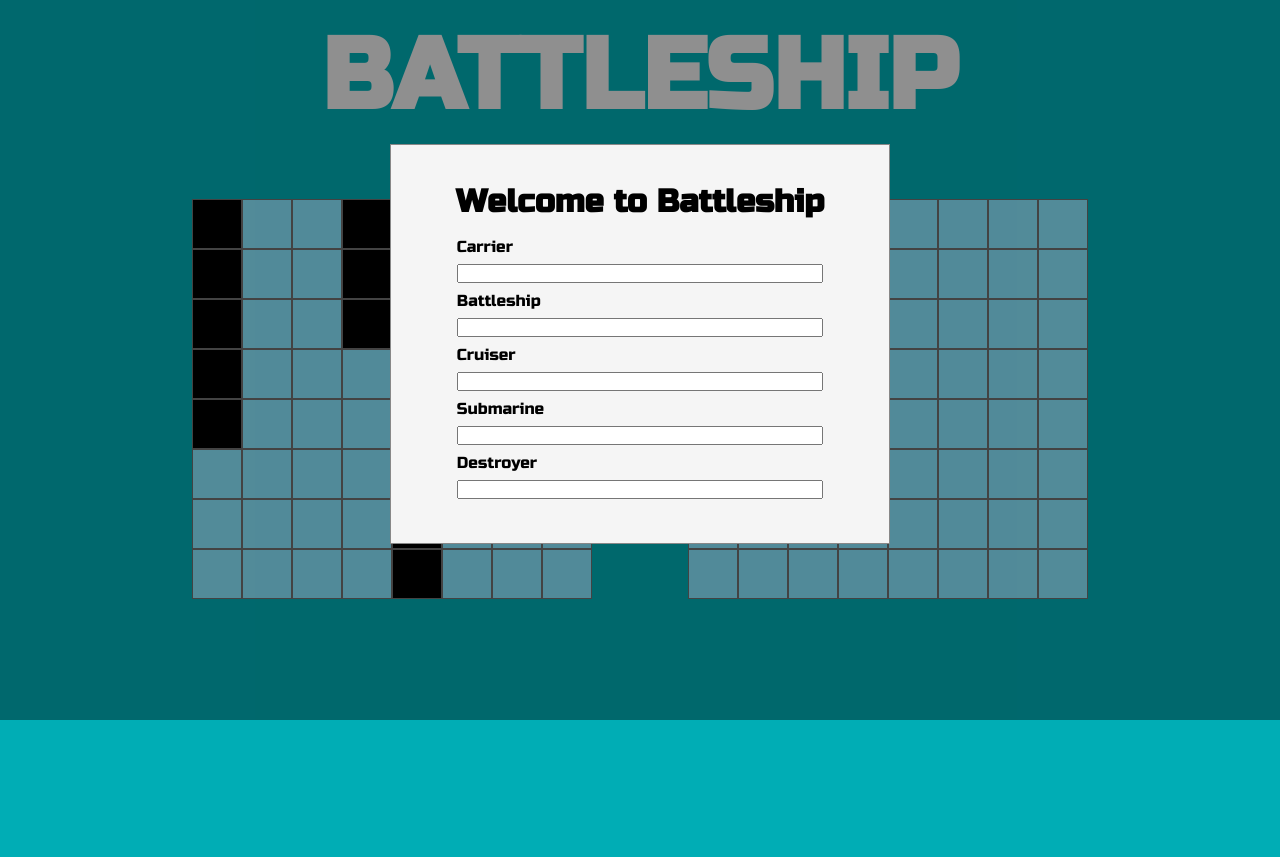
Repository: AzharMoosa/battleship
Page: /
These files come from the project's save history. The page is drawn as it stood at one moment and after a run of saves; the edit follows.
The browser window is 1280 px wide. The pictures show the whole page.
The project was rebuilt for these pictures with package versions that can differ from the ones it lists, and the page was loaded fresh each time.

Above is the page before, as saved 2020-07-09 10:10:04.

### src/App.js
import React from "react";
import Header from "./components/Header";
import Board from "./components/Board";
import { PlayersProvider } from "./context/PlayersContext";
import "./App.css";

function App() {
  return (
    <PlayersProvider>
      <div>
        <Header />
        <Board />
      </div>
    </PlayersProvider>
  );
}

export default App;

### src/components/Header.js
import React from "react";

const Header = () => {
  return (
    <div className='header'>
      <h1>Battleship</h1>
    </div>
  );
};

export default Header;

### src/components/Board.js
import React, { useState, Fragment } from "react";
import Square from "./Square";
import PlainSquare from "./PlainSquare";
import Player from "../functions/Player";
import Gameboard from "../functions/Gameboard";
import Overlay from "./Overlay";
import HitMiss from "./HitMiss";
import PlaceShip from "./PlaceShip";
import { v4 as uuidv4 } from "uuid";

const Board = () => {
  // eslint-disable-next-line
  const [player, setPlayer] = useState(Player(false));
  // eslint-disable-next-line
  const [computer, setComputer] = useState(Player(true));
  const [playerBoard, setPlayerBoard] = useState(Gameboard());
  const [computerBoard, setComputerBoard] = useState(Gameboard());
  const [playerTurn, setPlayerTurn] = useState(true);

  const getOutcome = (hit) => {
    let outcome = document.querySelector(".hit-miss-outcome");
    if (hit === true) {
      outcome.innerHTML = "Hit!";
    } else {
      outcome.innerHTML = "Miss!";
    }
  };

  const startGame = () => {
    playerBoard.placeShip(0, 0, player.ships[0], 1);
    playerBoard.placeShip(4, 4, player.ships[1], 1);
    playerBoard.placeShip(3, 0, player.ships[2], 1);
    playerBoard.placeShip(5, 0, player.ships[3], 1);
    playerBoard.placeShip(7, 0, player.ships[4], 1);

    computerBoard.placeShip(0, 0, computer.ships[0], 0);
    computerBoard.placeShip(4, 2, computer.ships[1], 0);
    computerBoard.placeShip(0, 3, computer.ships[2], 0);
    computerBoard.placeShip(3, 5, computer.ships[3], 0);
    computerBoard.placeShip(0, 7, computer.ships[4], 0);
  };

  const getBoardElm = (elm) => {
    if (elm !== "") {
      return "square ship";
    } else {
      return "square";
    }
  };

  const displayModal = (name) => {
    let modal = document.querySelector(".modal");
    let title = document.querySelector(".winner-name");
    let overlay = document.querySelector(".overlay");
    modal.style.display = "block";
    overlay.style.display = "none";
    if (name === "Computer") {
      title.innerHTML = "Computer Wins";
    } else if (name === "Player") {
      title.innerHTML = "Player Wins";
    }
  };

  const resetGame = () => {
    setPlayer(Player(false));
    setComputer(Player(true));
    setPlayerBoard(Gameboard());
    setComputerBoard(Gameboard());
    setPlayerTurn(true);
    let modal = document.querySelector(".modal");
    let overlay = document.querySelector(".overlay");
    let outcome = document.querySelector(".hit-miss-outcome");
    modal.style.display = "none";
    overlay.style.display = "grid";
    outcome.innerHTML = "";
  };

  const gameOver = () => {
    if (playerBoard.allShipSunk(player.ships)) {
      displayModal("Computer");
    } else if (computerBoard.allShipSunk(computer.ships)) {
      displayModal("Player");
    }
  };

  const attackComputer = (e) => {
    if (playerTurn === true) {
      let updatedBoard = computerBoard;
      // Get Coord
      let coords = e.target.id.split(",");
      let x = coords[1];
      let y = coords[0];
      player.attackEnemy(updatedBoard, parseInt(x), parseInt(y));
      if (computerBoard.grid[x][y] === "") {
        e.target.classList.add("ship-miss");
        getOutcome(false);
      } else {
        e.target.classList.add("ship-hit");
        getOutcome(true);
      }
      setComputerBoard(updatedBoard);
      setPlayerTurn(false);
    }
    computerTurn();
  };

  const computerTurn = () => {
    if (playerTurn === true) {
      let updatedBoard = playerBoard;
      let randomCoords = computer.getRandomCoords();
      let square = document.getElementById(randomCoords);
      let coords = randomCoords.split(",");
      let x = coords[1];
      let y = coords[0];
      computer.computerAttack(updatedBoard, x, y);
      if (playerBoard.grid[x][y] === "") {
        square.classList.add("ship-miss");
      } else {
        square.classList.add("ship-hit");
      }
      gameOver();
      setPlayerBoard(updatedBoard);
      setPlayerTurn(true);
    }
  };

  return (
    <Fragment>
      <PlaceShip />
      <div className='container'>
        <HitMiss />
        <div className='game-boards'>
          {startGame()}
          <div className='game-board'>
            {playerBoard.grid.map((col, j) =>
              col.map((elm, i) => (
                <Square
                  key={uuidv4()}
                  elm={elm}
                  getBoardElm={getBoardElm}
                  id={`${i},${j}`}
                />
              ))
            )}
          </div>

          <div className='comp'>
            <div className='game-board comp-board'>
              {computerBoard.grid.map((col, j) =>
                col.map((elm, i) => (
                  <Square
                    key={uuidv4()}
                    elm={elm}
                    getBoardElm={getBoardElm}
                    attackComputer={attackComputer}
                    id={`${i},${j}`}
                  />
                ))
              )}
            </div>
            <div className='overlay game-board'>
              {computerBoard.grid.map((col, j) =>
                col.map((elm, i) => <PlainSquare key={uuidv4()} />)
              )}
            </div>
          </div>
        </div>
        <Overlay resetGame={resetGame} />
      </div>
    </Fragment>
  );
};

export default Board;

### src/context/PlayersContext.js
import React, { useState, createContext } from "react";
import Player from "../functions/Player";
import Gameboard from "../functions/Gameboard";

export const PlayersContext = createContext();

export const PlayersProvider = (props) => {
  const [players, usePlayers] = useState([
    // Player
    {
      player: Player(false),
      board: Gameboard(),
    },
    // Computer
    {
      player: Player(true),
      board: Gameboard(),
    },
  ]);

  return (
    <PlayersContext.Provider value={[players, usePlayers]}>
      {props.children}
    </PlayersContext.Provider>
  );
};

### src/App.css
@import url("https://fonts.googleapis.com/css2?family=Russo+One&display=swap");

:root {
  --bg-primary: #00adb5;
  --bg-light: #eeeeee;
  --bg-dark: #222831;
}

* {
  margin: 0;
  padding: 0;
  box-sizing: border-box;
}

body {
  font-family: "Russo One", sans-serif;
  background-color: var(--bg-primary);
}

.header {
  text-align: center;
}

.header h1 {
  color: var(--bg-light);
  font-size: 100px;
  text-transform: uppercase;
  margin-top: 1rem;
}

.game-boards {
  display: flex;
  align-items: center;
  justify-content: space-between;
  width: 70%;
  height: 55vh;
  margin: 3rem auto;
}

.game-board {
  display: grid;
  grid-template-columns: repeat(8, 1fr);
  width: 400px;
  height: 400px;
}

.square {
  border: 1px solid #707070;
  background-color: rgb(136, 231, 255);
  width: 50px;
  height: 50px;
  pointer-events: auto !important;
  cursor: pointer;
}

.plain-square {
  border: 1px solid #707070;
  background-color: rgb(136, 231, 255);
  width: 50px;
  height: 50px;
  pointer-events: none !important;
  cursor: pointer;
}

.ship {
  background-color: #000;
}

.ship-hit {
  background-color: rgb(255, 77, 77) !important;
  pointer-events: none !important;
}

.ship-miss {
  background-color: #fff !important;
  pointer-events: none !important;
}

.comp {
  display: grid;
}

.comp-board,
.overlay {
  grid-area: 1 / 1;
}

.container {
  display: flex;
  flex-direction: column;
  height: 100vh;
}

.overlay {
  pointer-events: none;
}

.start {
  /* display: none; */
  position: fixed;
  z-index: 1;
  left: 0;
  top: 0;
  width: 100%;
  height: 100%;
  background-color: rgb(0, 0, 0);
  background-color: rgba(0, 0, 0, 0.4);
}

.start-content {
  background-color: #f5f5f5;
  margin: 20vh auto;
  padding: 20px;
  border: 1px solid #888;
  width: 500px;
  height: 400px;
  display: flex;
  flex-direction: column;
  align-items: center;
  justify-content: center;
}

.coord-inputs {
  display: flex;
  flex-direction: column;
  width: 80%;
  margin-top: 1rem;
}

.coord-input {
  margin: 0.5rem 0;
}

.modal {
  display: none;
  position: fixed;
  z-index: 1;
  left: 0;
  top: 0;
  width: 100%;
  height: 100%;
  background-color: rgb(0, 0, 0);
  background-color: rgba(0, 0, 0, 0.4);
}

.modal-content-results {
  background-color: #f5f5f5;
  margin: 30vh auto;
  padding: 20px;
  border: 1px solid #888;
  width: 400px;
  height: 200px;
  display: flex;
  flex-direction: column;
  align-items: center;
  justify-content: center;
}

.winner-name {
  text-align: center;
  margin-bottom: 2rem;
  font-size: 40px;
}

.btn-primary {
  background-color: var(--bg-dark);
  color: #fff;
  width: 150px;
  height: 50px;
  font-size: 20px;
  border: none;
  outline: none;
  font-family: "Russo One", sans-serif;
  border-radius: 20px;
  cursor: pointer;
}

.hit-miss {
  display: flex;
  align-items: center;
  justify-content: center;
  margin-top: 1rem;
}

.hit-miss-outcome {
  color: #fff;
  font-size: 50px;
}

@media (min-width: 1700px) {
  .game-boards {
    height: 70vh;
    width: 80%;
  }

  .game-board {
    width: 650px;
    height: 650px;
  }

  .square,
  .plain-square {
    width: 81.25px;
    height: 81.25px;
  }
}

@media (max-width: 1200px) {
  .game-boards {
    height: 70vh;
    width: 80%;
    display: flex;
    flex-direction: column;
  }

  .game-board {
    width: 500px;
    height: 500px;
  }

  .comp {
    margin-top: 3rem;
  }

  .square,
  .plain-square {
    width: 62.5px;
    height: 62.5px;
  }
}

@media (max-width: 768px) {
  .header h1 {
    font-size: 60px;
  }

  .game-boards {
    width: 80%;
    display: flex;
    flex-direction: column;
  }

  .game-board {
    width: 400px;
    height: 400px;
  }

  .comp {
    margin-top: 3rem;
  }

  .square,
  .plain-square {
    width: 50px;
    height: 50px;
  }
}

@media (max-width: 414px) {
  .header h1 {
    font-size: 40px;
  }

  .game-boards {
    width: 70%;
    display: flex;
    flex-direction: column;
  }

  .game-board {
    width: 300px;
    height: 300px;
  }

  .comp {
    margin-top: 3rem;
  }

  .square,
  .plain-square {
    width: 37.5px;
    height: 37.5px;
  }

  .modal-content-results {
    width: 300px;
  }

  .winner-name {
    font-size: 35px;
  }

  .btn-primary {
    background-color: var(--bg-dark);
    color: #fff;
    width: 150px;
    height: 50px;
    font-size: 20px;
    border: none;
    outline: none;
    font-family: "Russo One", sans-serif;
    border-radius: 20px;
    cursor: pointer;
  }
}

@media (max-width: 375px) {
  .header h1 {
    font-size: 35px;
  }

  .game-boards {
    width: 70%;
    display: flex;
    flex-direction: column;
  }

  .game-board {
    width: 280px;
    height: 280px;
  }

  .comp {
    margin-top: 3rem;
  }

  .square,
  .plain-square {
    width: 35px;
    height: 35px;
  }
}

@media (max-width: 320px) {
  .modal-content-results {
    width: 250px;
  }

  .winner-name {
    font-size: 30px;
  }
}

### src/components/Square.js
import React from "react";

const Square = ({ elm, attackComputer, getBoardElm, id }) => {
  return (
    <div className={getBoardElm(elm)} id={id} onClick={attackComputer}></div>
  );
};

export default Square;

### src/components/PlainSquare.js
import React from "react";

const PlainSquare = () => {
  return <div className='plain-square'></div>;
};

export default PlainSquare;

### src/functions/Player.js
import Ship from "./Ship";

const Player = (ai) => {
  let previousShots = [];

  // Create Ships
  let carrier = Ship("Carrier", 5);
  let battleship = Ship("Battleship", 4);
  let cruiser = Ship("Cruiser", 3);
  let submarine = Ship("Submarine", 3);
  let destroyer = Ship("Destroyer", 2);
  let ships = [carrier, battleship, cruiser, submarine, destroyer];

  const attackEnemy = (enemyBoard, x, y) => {
    if (!previousShots.includes([x, y])) {
      enemyBoard.receiveAttack(x, y);
      previousShots.push([parseInt(x), parseInt(y)]);
      return true;
    }
    return false;
  };

  const checkCoord = (x, y) => {
    previousShots.forEach((coords) => {
      if (
        parseInt(coords[1]) === parseInt(x) &&
        parseInt(coords[0]) === parseInt(y)
      ) {
        return true;
      }
    });
    return false;
  };

  const getRandomCoords = (gameboard) => {
    let maximum = 7;
    let minimum = 0;
    let x = 0;
    let y = 0;

    do {
      x = Math.floor(Math.random() * (maximum - minimum + 1)) + minimum;
      y = Math.floor(Math.random() * (maximum - minimum + 1)) + minimum;
    } while (checkCoord(x, y));
    return `${x},${y}`;
  };

  const computerAttack = (enemyBoard, x, y) => {
    enemyBoard.receiveAttack(x, y);
    previousShots.push([x, y]);
  };

  return { previousShots, ships, attackEnemy, computerAttack, getRandomCoords };
};

export default Player;

### src/functions/Gameboard.js
const Gameboard = () => {
  let previousShots = [];
  const grid = new Array(8).fill("");
  for (let i = 0; i < grid.length; i++) {
    grid[i] = new Array(8).fill("");
  }

  const getGrid = () => {
    return grid;
  };

  const getPreviousShots = () => {
    return previousShots;
  };

  const placeShip = (x, y, ship, orientation) => {
    // Horizontal Orientation = 0
    // Vertical Orientation = 1

    // Check If Ship Fits
    let shipLength = ship.length;

    if (orientation === 0) {
      for (let i = x; i < x + ship.length; i++) {
        if (grid[y][i] !== "" || x + shipLength > 8) {
          return false;
        }
        grid[y][i] = ship;
        ship.setShipCoords(y, i);
      }
    } else if (orientation === 1) {
      for (let i = y; i < y + ship.length; i++) {
        if (grid[i][x] !== "" || y + shipLength > 8) {
          return false;
        }
        grid[i][x] = ship;
        ship.setShipCoords(i, x);
      }
    }
    return true;
  };

  const flatten = (arr) => {
    return arr.join(" |-| ");
  };

  const receiveAttack = (x, y) => {
    // Check if ship is at position
    if (grid[x][y] !== "") {
      let ship = grid[x][y];
      let shipCoords = ship.getShipCoords();
      let arrSearch = shipCoords.map((row) => {
        return flatten(row);
      });
      let pos = arrSearch.indexOf(flatten([x, y]));
      if (!ship.isHit(pos)) {
        ship.hit(pos);
        return true;
      }
    }
    previousShots.push([x, y]);
    return false;
  };

  const allShipSunk = (ships) => {
    for (let i = 0; i < ships.length; i++) {
      if (!ships[i].isSunk()) {
        return false;
      }
    }

    return true;
  };

  return {
    grid,
    previousShots,
    getGrid,
    placeShip,
    receiveAttack,
    getPreviousShots,
    allShipSunk,
  };
};

export default Gameboard;

### src/components/Overlay.js
import React from "react";

const Overlay = ({ resetGame }) => {
  return (
    <div className='modal'>
      <div className='modal-content-results'>
        <h1 className='winner-name'>Player Wins</h1>
        <button className='btn-primary' onClick={resetGame}>
          Restart
        </button>
      </div>
    </div>
  );
};

export default Overlay;

### src/components/HitMiss.js
import React from "react";

const HitMiss = () => {
  return (
    <div className='hit-miss'>
      <h1 className='hit-miss-outcome'>{}</h1>
    </div>
  );
};

export default HitMiss;

### src/components/PlaceShip.js
import React, { useState } from "react";

const PlaceShip = () => {
  const [carrier, setCarrierX] = useState("");
  const [battleship, setBattleshipX] = useState("");
  const [cruiser, setCruiserX] = useState("");
  const [submarine, setSubmarineX] = useState("");
  const [destroyer, setDestroyerX] = useState("");

  return (
    <div className='start'>
      <div className='start-content'>
        <h1>Welcome to Battleship</h1>
        <div className='coord-inputs'>
          <label htmlFor='carrier'>Carrier</label>
          <input
            type='text'
            onChange={(e) => setCarrierX(e.target.value)}
            className='coord-input'
          />
          <label htmlFor='battleship'>Battleship</label>
          <input
            type='text'
            onChange={(e) => setBattleshipX(e.target.value)}
            className='coord-input'
          />
          <label htmlFor='cruiser'>Cruiser</label>
          <input
            type='text'
            onChange={(e) => setCruiserX(e.target.value)}
            className='coord-input'
          />
          <label htmlFor='submarine'>Submarine</label>
          <input
            type='text'
            onChange={(e) => setSubmarineX(e.target.value)}
            className='coord-input'
          />
          <label htmlFor='destroyer'>Destroyer</label>
          <input
            type='text'
            onChange={(e) => setDestroyerX(e.target.value)}
            className='coord-input'
          />
        </div>
      </div>
    </div>
  );
};

export default PlaceShip;

### src/functions/Ship.js
const Ship = (name, length) => {
  // Fills ship with false
  const ship = new Array(length).fill(false);
  let shipCoords = [];

  // Hit
  const hit = (pos) => (ship[pos] = true);

  // If Ship Sunk
  const isSunk = () => {
    return ship.every((v) => v === true);
  };

  const isHit = (pos) => {
    return ship[pos] === true ? true : false;
  };

  // Returns ship
  const getShip = () => {
    return ship;
  };

  const setShipCoords = (x, y) => {
    shipCoords.push([x, y]);
  };

  const getShipCoords = () => {
    return shipCoords;
  };

  return {
    name,
    ship,
    length,
    hit,
    isSunk,
    isHit,
    getShip,
    setShipCoords,
    getShipCoords,
  };
};

export default Ship;

Loaded but not shown: public/index.html (common file); src/index.js (common file)

After the next 2 saves:
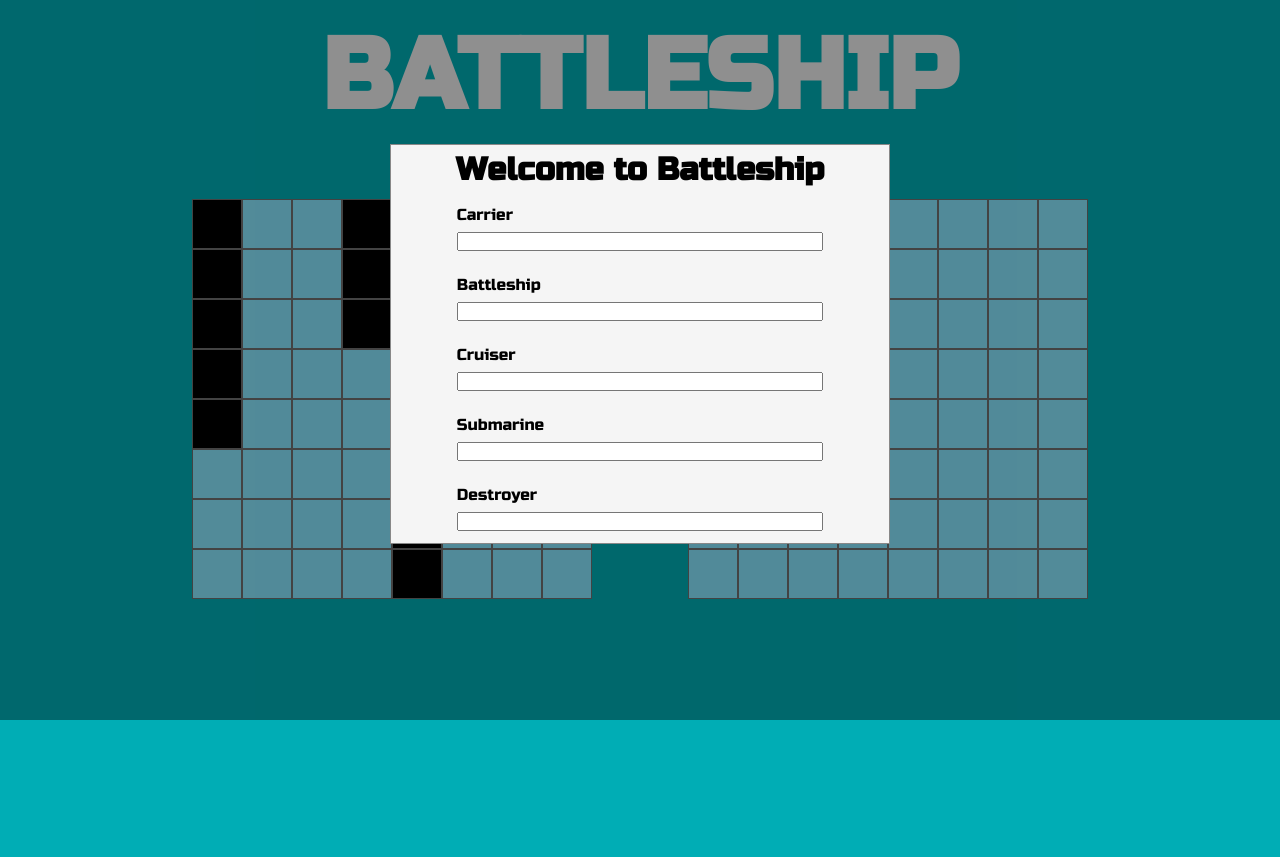
The 2 saves are shown as one change because 1 did not build or start.
The last was saved 51 s later.
--- a/src/components/PlaceShip.js
+++ b/src/components/PlaceShip.js
@@ -18,24 +18,32 @@ const PlaceShip = () => {
             onChange={(e) => setCarrierX(e.target.value)}
             className='coord-input'
           />
+        </div>
+        <div className='coord-inputs'>
           <label htmlFor='battleship'>Battleship</label>
           <input
             type='text'
             onChange={(e) => setBattleshipX(e.target.value)}
             className='coord-input'
           />
+        </div>
+        <div className='coord-inputs'>
           <label htmlFor='cruiser'>Cruiser</label>
           <input
             type='text'
             onChange={(e) => setCruiserX(e.target.value)}
             className='coord-input'
           />
+        </div>
+        <div className='coord-inputs'>
           <label htmlFor='submarine'>Submarine</label>
           <input
             type='text'
             onChange={(e) => setSubmarineX(e.target.value)}
             className='coord-input'
           />
+        </div>
+        <div className='coord-inputs'>
           <label htmlFor='destroyer'>Destroyer</label>
           <input
             type='text'
